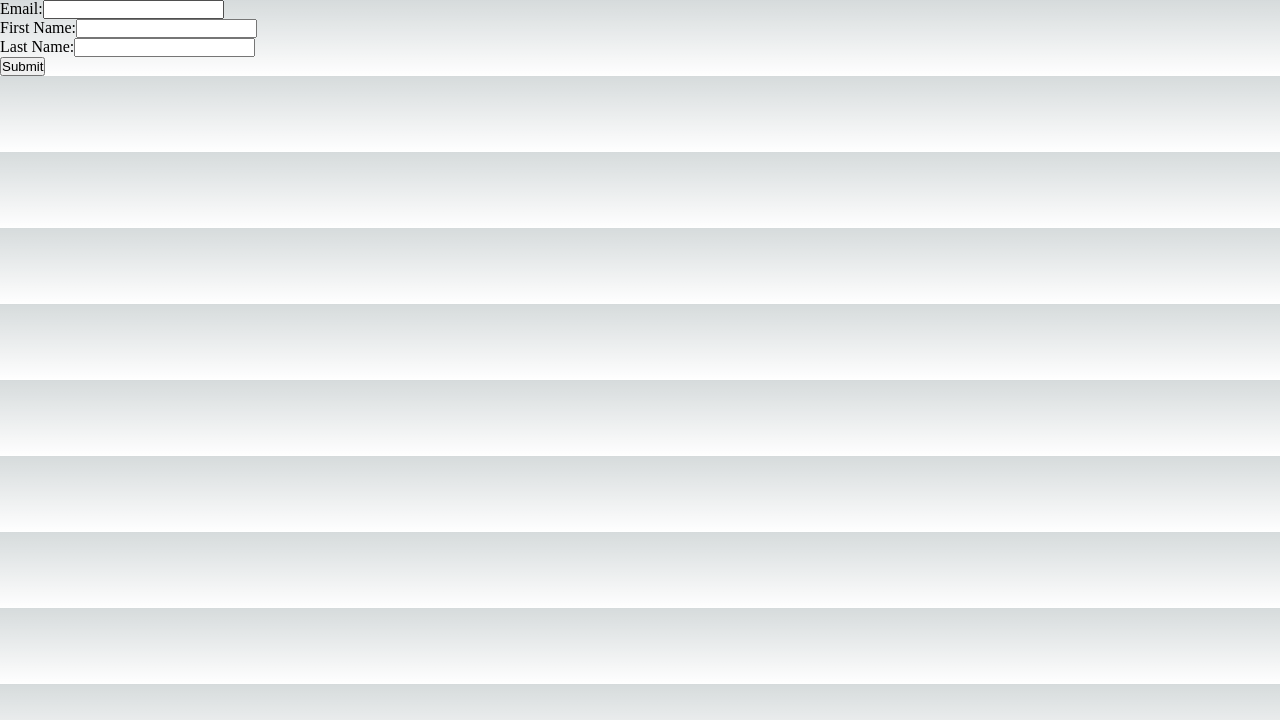
Repository: SanlyLp/assignment-1-playwright-site-a01182379
Page: /contact
An editor plug-in stored every save of this project. The page is shown before and after the next save, followed by the edit.
The browser window is 1280 px wide. The pictures show the whole page.
The project was rebuilt for these pictures with package versions that can differ from the ones it lists, and the page was loaded fresh each time. The framework's server and built-in components were replaced by stand-ins that run in the browser. Also part of the build but not shown: next.config.js.

Above is the page before, as saved 2023-02-05 19:36:19.

### pages/_app.js
import '@/styles/globals.css'
import '../styles/variables.css'

export default function MyApp({ Component, pageProps }) {
  return <Component {...pageProps} />
}

### pages/contact.js
import React, { useState } from 'react';


const emailRegex = /^\S+@\S+\.\S+$/;

const Contact = () => {
  const [email, setEmail] = useState('');
  const [error, setError] = useState('');

  const handleInput = (event) => {
    setEmail(event.target.value);
    if (emailRegex.test(event.target.value)) {
      setError('');
    } else {
      setError('Email is invalid');
    }
  };

  return (
    <>
    <div>
      <h3></h3>
    </div>
        <form>
      <div>
        <label htmlFor="email">Email:</label>
        <input type="text" id="email" value={email} onChange={handleInput} required />
      </div>
      <div>
        <label>
         First Name:
          <input type="text" id="name"/>
        </label>
      </div>
      <div>
      <label>
          Last Name:
          <input type="text" id="name"/>
        </label>
      </div>
      {error && <div>{error}</div>}
      <button type="submit" style={{ display: error ? 'none' : 'block' }}>Submit</button>
    </form>
    </>

  )
}

export default Contact;

### styles/globals.css
:root {
  --max-width: 1100px;
  --border-radius: 12px;
  --font-mono: ui-monospace, Menlo, Monaco, 'Cascadia Mono', 'Segoe UI Mono',
    'Roboto Mono', 'Oxygen Mono', 'Ubuntu Monospace', 'Source Code Pro',
    'Fira Mono', 'Droid Sans Mono', 'Courier New', monospace;

  --foreground-rgb: 0, 0, 0;
  --background-start-rgb: 214, 219, 220;
  --background-end-rgb: 255, 255, 255;

  --primary-glow: conic-gradient(
    from 180deg at 50% 50%,
    #16abff33 0deg,
    #0885ff33 55deg,
    #54d6ff33 120deg,
    #0071ff33 160deg,
    transparent 360deg
  );
  --secondary-glow: radial-gradient(
    rgba(255, 255, 255, 1),
    rgba(255, 255, 255, 0)
  );

  --tile-start-rgb: 239, 245, 249;
  --tile-end-rgb: 228, 232, 233;
  --tile-border: conic-gradient(
    #00000080,
    #00000040,
    #00000030,
    #00000020,
    #00000010,
    #00000010,
    #00000080
  );

  --callout-rgb: 238, 240, 241;
  --callout-border-rgb: 172, 175, 176;
  --card-rgb: 180, 185, 188;
  --card-border-rgb: 131, 134, 135;
}
::-webkit-scrollbar {
  width: 10px;
  background-color:var( --ternary-color)
}

::-webkit-scrollbar-thumb {
  background-color:var(--primary-color);
  border-radius: 10px;
}

::-webkit-scrollbar-thumb:hover {
  background-color:var(--quaternary-color)
}


@media (prefers-color-scheme: dark) {
  :root {
    --foreground-rgb: 255, 255, 255;
    --background-start-rgb: 0, 0, 0;
    --background-end-rgb: 0, 0, 0;

    --primary-glow: radial-gradient(rgba(1, 65, 255, 0.4), rgba(1, 65, 255, 0));
    --secondary-glow: linear-gradient(
      to bottom right,
      rgba(1, 65, 255, 0),
      rgba(1, 65, 255, 0),
      rgba(1, 65, 255, 0.3)
    );

    --tile-start-rgb: 2, 13, 46;
    --tile-end-rgb: 2, 5, 19;
    --tile-border: conic-gradient(
      #ffffff80,
      #ffffff40,
      #ffffff30,
      #ffffff20,
      #ffffff10,
      #ffffff10,
      #ffffff80
    );

    --callout-rgb: 20, 20, 20;
    --callout-border-rgb: 108, 108, 108;
    --card-rgb: 100, 100, 100;
    --card-border-rgb: 200, 200, 200;
  }
}

* {
  box-sizing: border-box;
  padding: 0;
  margin: 0;
}

html,
body {
  max-width: 100vw;
  overflow-x: hidden;
}

body {
  color: rgb(var(--foreground-rgb));
  background: linear-gradient(
      to bottom,
      transparent,
      rgb(var(--background-end-rgb))
    )
    rgb(var(--background-start-rgb));
}

a {
  color: inherit;
  text-decoration: none;
}

@media (prefers-color-scheme: dark) {
  html {
    color-scheme: dark;
  }
}

### styles/variables.css
:root{
    --primary-color: #fff;
    --secondary-color: #f4d6b9;
    --ternary-color: #7796a4;
    --quaternary-color: #14343d;
    --quinary-color: rgb(16,46,53,0.5);
}

Loaded but not shown: pages/_document.js (common file)

After the next save:
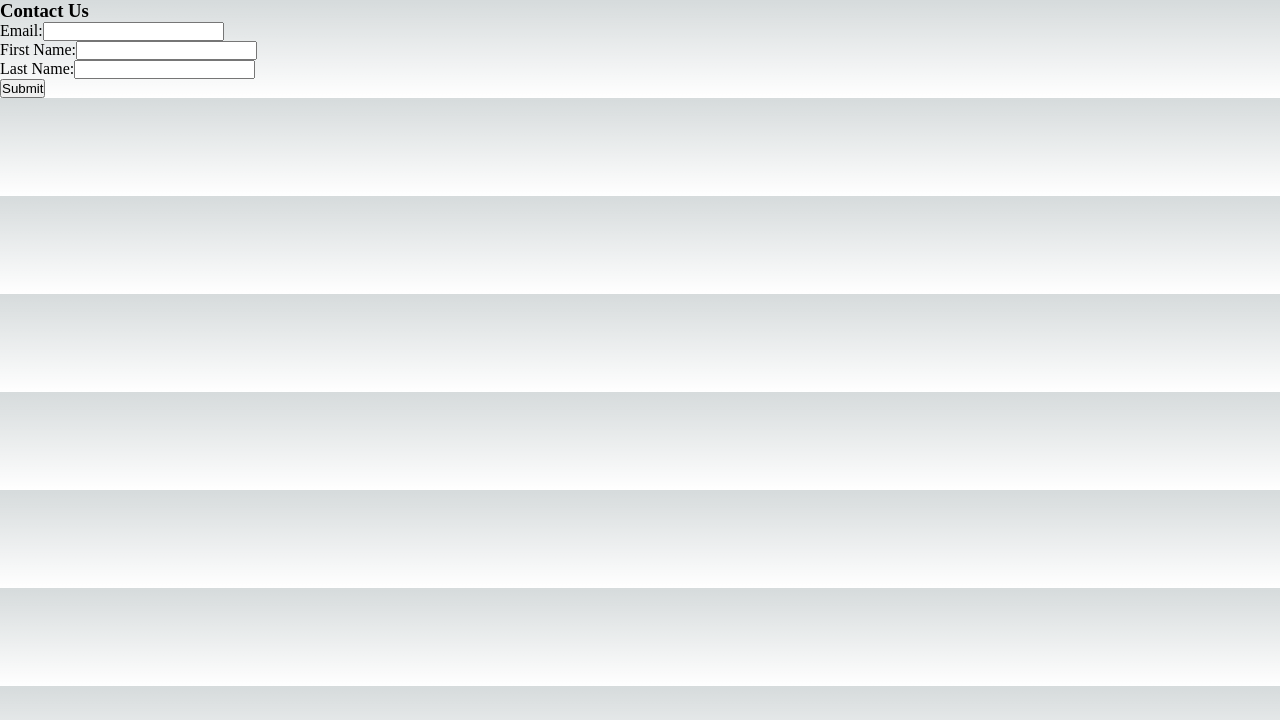
Saved 5 s later.
--- a/pages/contact.js
+++ b/pages/contact.js
@@ -19,7 +19,7 @@ const Contact = () => {
   return (
     <>
     <div>
-      <h3></h3>
+      <h3> Contact Us</h3>
     </div>
         <form>
       <div>
